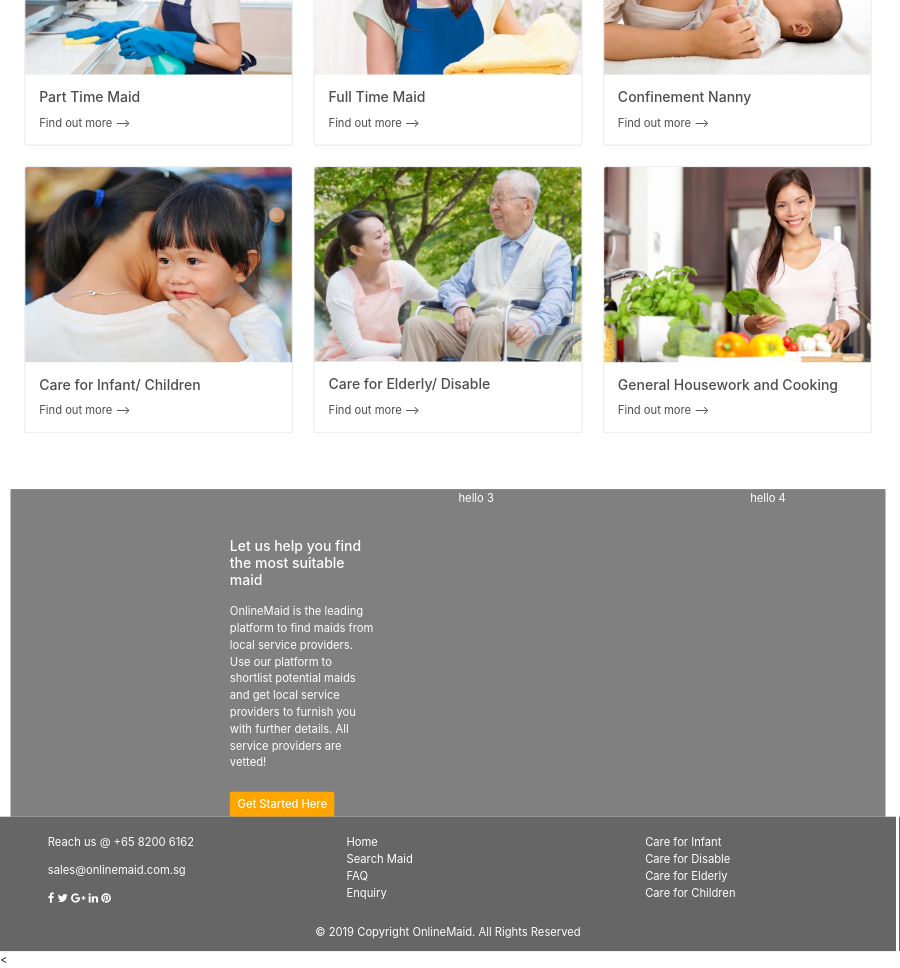
Repository: Code-Institute-Submissions/Project-1---Online-Maid
Page: index.html
The author's editor kept a record of every edit. The page is drawn from the files as they stood at one moment, then again after the next edit.
The browser window is 1280 px wide. The page is 1285 px wide, so the pictures cover 1285 px, including what lies to the right of the window. The pictures show the part of the page from y = 1294 to 3174 px (the page is 2677 px tall before and 3174 px after), at 70% of full size.
Some web libraries are served in a nearby version.

Above is the page before.

### index.html
<!DOCTYPE html>
<html lang="en">
<head>
    <meta charset="UTF-8">
    <meta name="viewport" content="width=device-width, initial-scale=1.0">
    <meta http-equiv="X-UA-Compatible" content="ie=edge">
    <link rel="stylesheet" href="https://stackpath.bootstrapcdn.com/bootstrap/4.3.1/css/bootstrap.min.css" type="text/css" />
    <link rel="stylesheet" href="https://stackpath.bootstrapcdn.com/font-awesome/4.7.0/css/font-awesome.min.css" type="text/css" />
    <link rel="stylesheet" href="https://cdnjs.cloudflare.com/ajax/libs/hover.css/2.1.1/css/hover-min.css" type="text/css" />
    <link rel="stylesheet" href="style.css" type="text/css" />
    <title>Online Maid</title>
</head>

<body>

<header>
  <nav class="navbar navbar-expand-lg navbar-light">
  <a class="navbar-brand" href="#"><img id="logo" class="pl-4 img-fluid d-md-block" src="images/logo.jpg" alt=""></a>
  <button class="navbar-toggler" type="button" data-toggle="collapse" data-target="#navbarSupportedContent" aria-controls="navbarSupportedContent" aria-expanded="false" aria-label="Toggle navigation">
    <span class="navbar-toggler-icon"></span>
  </button>

  <div class="collapse navbar-collapse" id="navbarSupportedContent">
    <ul class="navbar-nav mr-auto">
      <li class="nav-item active hvr-sweep-to-bottom">
        <a class="nav-link" href="index.html">Home</a>
      </li>
      <li class="nav-item hvr-sweep-to-bottom">
        <a class="nav-link" href="search.html">Search Maid</a>
      </li>
      <li class="nav-item hvr-sweep-to-bottom">
        <a class="nav-link" href="faq.html">FAQ</a>
      </li>
      <li class="nav-item hvr-sweep-to-bottom">
        <a class="nav-link" href="enquiry.html">Enquiry</a>
      </li>
    </ul>
  </div>
</nav>
</header>

<article>
  <section>
  <div class="jumbotron">
        <h1 class= "maids-portal">The No 1 Singapore Maid Portal</h1>
        <p class= "getStarted">More than 8000 maids for you to choose<br>Start your search now!</br></p>

  <div class="form-row">
      <div class = "col"></div>
      <div class="choose-type col-md-2 px-0">
        <select id="inputState" class="form-control">
        <option selected>Choose Type</option>
        <option>New</option>
        <option>Transfer</option>
        <option>Experience</option>
        <option>No Preference</option>
        </select>
      </div>

      <div class="nationality col-md-2 px-0">
        <select id="inputState" class="form-control">
        <option selected>Nationality</option>
        <option>Filipino</option>
        <option>Indonesian</option>
        <option>Indian</option>
        <option>Myanmarese</option>
        <option>Others</option>
        <option>No Preference</option>
        </select>
      </div>

      <div class="main-responsibility col-md-2 px-0">
        <select id="inputState" class="form-control">
        <option selected>Main Responsibility</option>
        <option>General housework</option>
        <option>Care for children</option>
        <option>Care for elderly</option>
        <option>Care for disabled</option>
        <option>Cooking</option>
        <option>No Preference</option>
        </select>
      </div>

      <button type="button" class="btn">Search</button>
      <div class = "col"></div>
  </div>
  </div>
  </section>

  <section>
    <h3 class="section-header">Steps</h3>
    <p class="steps-line">Create a shortlisted of potential maids and get the agencies to contact you directly</p>

    <div class="card-deck four-steps-container ">
      <div class="card">
        <div class="card-body steps-box">
          <p class="card-title">STEP 1</p>
          <p class="card-text">Browse maids based on your criteria</p>
          <i class="fa fa-search fa-5x"></i>
        </div>
      </div>

      <div class="card">
        <div class="card-body steps-box">
          <P class="card-title">STEP 2</P>
          <p class="card-text">Add potential hire to your shortlisted list</p>
          <i class="fa fa-search-plus fa-5x"></i>
        </div>
      </div>

      <div class="card">
        <div class="card-body steps-box">
          <p class="card-title">STEP 3</p>
          <p class="card-text">Send enquries to potential hire agencies</p>
          <i class="fa fa-envelope fa-5x"></i>
        </div>
      </div>

      <div class="card">
        <div class="card-body steps-box">
          <p class="card-title">STEP 4</p>
          <p class="card-text">Respective agencies will contact you</p>
          <i class="fa fa-phone-square fa-5x"></i>
        </div>
      </div>
    </div>
  </section>

  <section>
    <h3 class="section-header">Preference</h3>

    <div class="card-deck six-choices">
      <div class="card">
        <img class="card-img-top" src="images/partTime1.jpg" alt="Card image cap">
        <div class="card-body maid-experience">
          <h5 class="card-title">Part Time Maid</h5>
          <p class="card-text">Find out more --></p>
        </div>
      </div>

      <div class="card">
        <img class="card-img-top" src="images/fullTime1.jpg" alt="Card image cap">
        <div class="card-body maid-experience">
          <h5 class="card-title">Full Time Maid</h5>
          <p class="card-text">Find out more --></p>
        </div>
      </div>

      <div class="card">
        <img class="card-img-top" src="images/confinement.jpg" alt="Card image cap">
        <div class="card-body maid-experience">
          <h5 class="card-title">Confinement Nanny</h5>
          <p class="card-text">Find out more --></p>
        </div>
      </div>
    </div>

    <div class="card-deck six-choices">
      <div class="card">
        <img class="card-img-top" src="images/childrenCare1.jpg" alt="Card image cap">
        <div class="card-body maid-experience">
          <h5 class="card-title">Care for Infant/ Children</h5>
          <p class="card-text">Find out more --></p>
        </div>
      </div>

      <div class="card">
        <img class="card-img-top" src="images/elderlyCare1.jpg" alt="Card image cap">
        <div class="card-body maid-experience">
          <h5 class="card-title">Care for Elderly/ Disable</h5>
          <p class="card-text">Find out more --></p>
        </div>
      </div>

      <div class="card">
        <img class="card-img-top" src="images/cooking1.jpg" alt="Card image cap">
        <div class="card-body maid-experience">
          <h5 class="card-title">General Housework and Cooking</h5>
          <p class="card-text">Find out more --></p>
        </div>
      </div>
    </div>
  </section>

  <section>
  <div class="container-fluid">
    <div class="row enquiry-container">
      <div class="col-2 enquiry-box"></div>

      <div class="col-4 enquiry-box">
        <h5 class ="enquiry-header">Let us help you find the most suitable maid</h5>
        <p class ="enquiry-content">OnlineMaid is the leading platform to find maids from local service providers.  Use our platform to shortlist potential maids and get local service providers to furnish you with further details. All service providers are vetted!</p>
        <button type="button" class="btn enquiry-btn">Get Started Here</button>
      </div>

      <div class="col-4 enquiry-box">
        hello 3
      </div>

      <div class="col-2 enquiry-box">
        hello 4
      </div>
    </div>
  </div>
  </section>


</article>



<footer class="page-footer font-small footer-style pt-4">
  <div class="container-fluid text-center text-md-left">
    <div class="row d-flex justify-content-around">

      <div class="col-md-3 mt-md-0 mt-3">
        <p class="">Reach us @ +65 8200 6162</p>
        <p>sales@onlinemaid.com.sg</p>

        <!-- social -->
        <a href="#" class="social fa fa-facebook"></a>
        <a href="#" class="social fa fa-twitter"></a>
        <a href="#" class="social fa fa-google-plus"></a>
        <a href="#" class="social fa fa-linkedin"></a>
        <a href="#" class="social fa fa-pinterest"></a>
      </div>

      <div class="col-md-3 mb-md-0 mb-3">
        <ul class="list-unstyled">
          <li>
            <a href="index.html">Home</a>
          </li>
          <li>
            <a href="searchMaid.html">Search Maid</a>
          </li>
          <li>
            <a href="faq.html">FAQ</a>
          </li>
          <li>
            <a href="enquiry.html">Enquiry</a>
          </li>
        </ul>
      </div>

      <div class="col-md-3 mb-md-0 mb-3">
        <ul class="list-unstyled">
          <li>
            <a href="searchMaid.html">Care for Infant</a>
          </li>
          <li>
            <a href="searchMaid.html">Care for Disable</a>
          </li>
          <li>
            <a href="searchMaid.html">Care for Elderly</a>
          </li>
          <li>
            <a href="searchMaid.html">Care for Children</a>
          </li>
        </ul>
      </div>

    </div>
  </div>

  <div class="footer-copyright text-center py-3">© 2019 Copyright OnlineMaid.  All Rights Reserved</div>
</footer>



<
    <script src="https://code.jquery.com/jquery-3.3.1.slim.min.js" integrity="sha384-q8i/X+965DzO0rT7abK41JStQIAqVgRVzpbzo5smXKp4YfRvH+8abtTE1Pi6jizo" crossorigin="anonymous"></script>
    <script src="https://cdnjs.cloudflare.com/ajax/libs/popper.js/1.14.7/umd/popper.min.js" integrity="sha384-UO2eT0CpHqdSJQ6hJty5KVphtPhzWj9WO1clHTMGa3JDZwrnQq4sF86dIHNDz0W1" crossorigin="anonymous"></script>
    <script src="https://stackpath.bootstrapcdn.com/bootstrap/4.3.1/js/bootstrap.min.js" integrity="sha384-JjSmVgyd0p3pXB1rRibZUAYoIIy6OrQ6VrjIEaFf/nJGzIxFDsf4x0xIM+B07jRM" crossorigin="anonymous"></script>
</body>
</html>

### style.css
@import url('https://fonts.googleapis.com/css?family=Roboto:100,200,300,400,500,600,700|Exo:100,200,300,400,500,600,700');

/*overall*/
*{
    padding: 0;
    margin: 0;
    box-sizing: border-box;
}



/*header*/
#logo {
    height: 50px;
    max-width:100%;
}


.nav-item{
    padding: 0px 20px;
    font-weight:600;
    font-size: 18px;
}



/*footer*/
.footer-style{
    background: #666666;
}


.page-footer, .social{
    color:white;
}


.list-unstyled a {
   text-decoration: none;
   color:white;
}


.list-unstyled a:hover {
   color:orange;
}



/*Section 1-Banner*/
.maids-portal {
   text-align: center;
    font-size: 44px;
    font-weight: 600;
}


.getStarted{
    text-align: center;
    font-size: 20px;
    font-weight: 600;
}


.jumbotron {
    background-image: url("images/banner.jpg");
    background-size: cover;
    color: white;
    padding : 120px 0px;
    margin-bottom: 80px;
     }


.form-row {
    padding: 50px 0px 0px 0px;
}


.form-control {
    font-weight: 500;
    color: #808080;
}


.btn {
    background-color: orange;
    font-weight: 500;
    color: white;
    padding: 0px 20px;
}



/*section 2 - 4 Steps*/
.section-header {
    text-align: center;
    margin: 40px 0px 0px 0px ;
    line-height: 25px;
    color: #4d4d4d;
    font-weight: 700;
}


.steps-line{
    text-align: center;
    margin: 20px;
    line-height: 25px;
    color: #4d4d4d;
    font-weight: 400;
    font-size: 18px;
}


.four-steps-container {
    margin: 50px 200px 80px 200px;
}


.steps-box {
    background-color: orange;
    text-align: center;
    color: white;
    font-weight: 500
}


.i{
    font-size: 100px;
}



/*index.html section 3*/
.six-choices {
   margin: 30px 20px 30px 20px;
}



/*section 3- preference*/
.maid-experience {
    color: #4d4d4d;
}



/*section 4 - enquiry-box*/
.enquiry-container {
    min-height: 350px;
    background-color: #808080;
    color: white;
    margin: 80px 0px 0px;
    padding: 0px;
}


.enquiry-header {
    margin: 70px 90px 20px ;
}


.enquiry-content {
 font-size: 16px;
 margin: 0 90px 10px;
}


.enquiry-btn{
    color: #666666;
    background: orange;
    color: white;
    padding: 5px 10px;
    margin: 20px 90px 0px;
}

.card-img-top-1 {
    padding: 0px;
    margin: 0px 0px 25px 0px;
    border: none;
}


.card-img-top-3 {
    padding: 0px;
    margin: 0px 0px 25px 0px;
    border: none;
}


.card-img-top-5 {
    padding: 0px;
    margin: 0px 0px 25px 0px;
    border: none;
}


.card-img-top-6 {
    padding: 0px;
    margin: 0px 0px 25px 0px;
    border: none;
}

After the next edit:
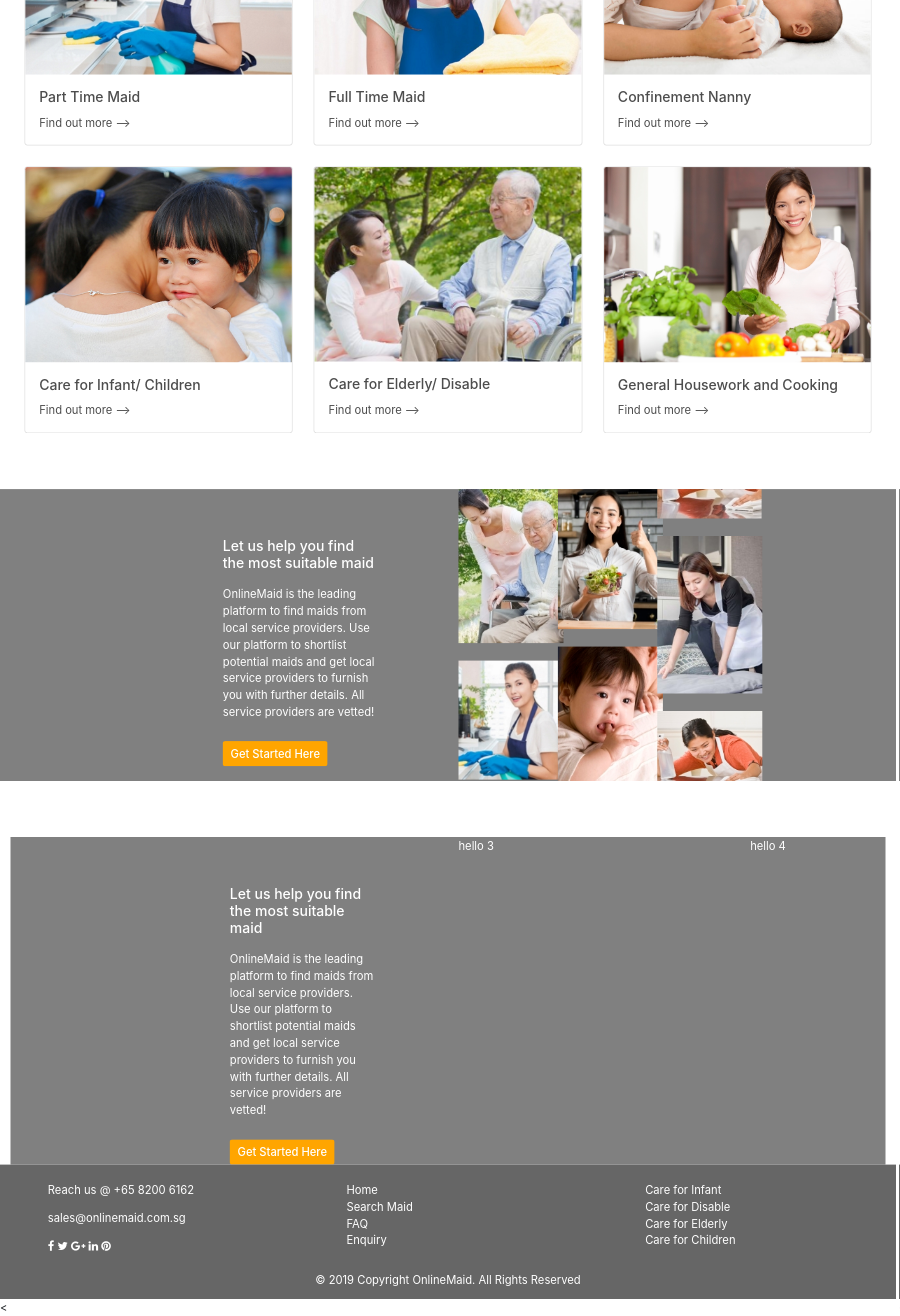
The edit:
--- a/index.html
+++ b/index.html
@@ -183,6 +183,42 @@
   </section>
 
   <section>
+    <div class="row enquiry-container">
+  <div class="col-2 enquiry-box-1"></div>
+
+  <div class="col-4 enquiry-box-2">
+      <h5 class ="enquiry-header">Let us help you find the most suitable maid</h5>
+      <p class ="enquiry-content">OnlineMaid is the leading platform to find maids from local service providers.  Use our platform to shortlist potential maids and get local service providers to furnish you with further details. All service providers are vetted!</p>
+      <button type="button" class="btn enquiry-btn">Get Started Here</button>
+    </div>
+
+  <div class="col-4 enquiry-box-3">
+      <div class="row picture-container">
+
+        <div class="col-4 picture-col-1">
+          <img class="card-img-top-1" src="images/enquiry1a.jpg" alt="Card image cap">
+          <img class="card-img-top-2" src="images/enquiry2a.jpg" alt="Card image cap">
+        </div>
+
+        <div class="col-4 picture-col-2">
+          <img class="card-img-top-3" src="images/enquiry3a.jpg" alt="Card image cap">
+          <img class="card-img-top-4" src="images/enquiry4a.jpg" alt="Card image cap">
+        </div>
+
+        <div class="col-4 picture-col-3">
+          <img class="card-img-top-5" src="images/enquiry5a.jpg" alt="Card image cap">
+          <img class="card-img-top-6" src="images/enquiry6a.jpg" alt="Card image cap">
+          <img class="card-img-top-7" src="images/enquiry7a.jpg" alt="Card image cap">
+        </div>
+      </div>
+  </div>
+
+  <div class="col-2 enquiry-box-4"></div>
+
+</div>
+  </section>
+
+  <section>
   <div class="container-fluid">
     <div class="row enquiry-container">
       <div class="col-2 enquiry-box"></div>
